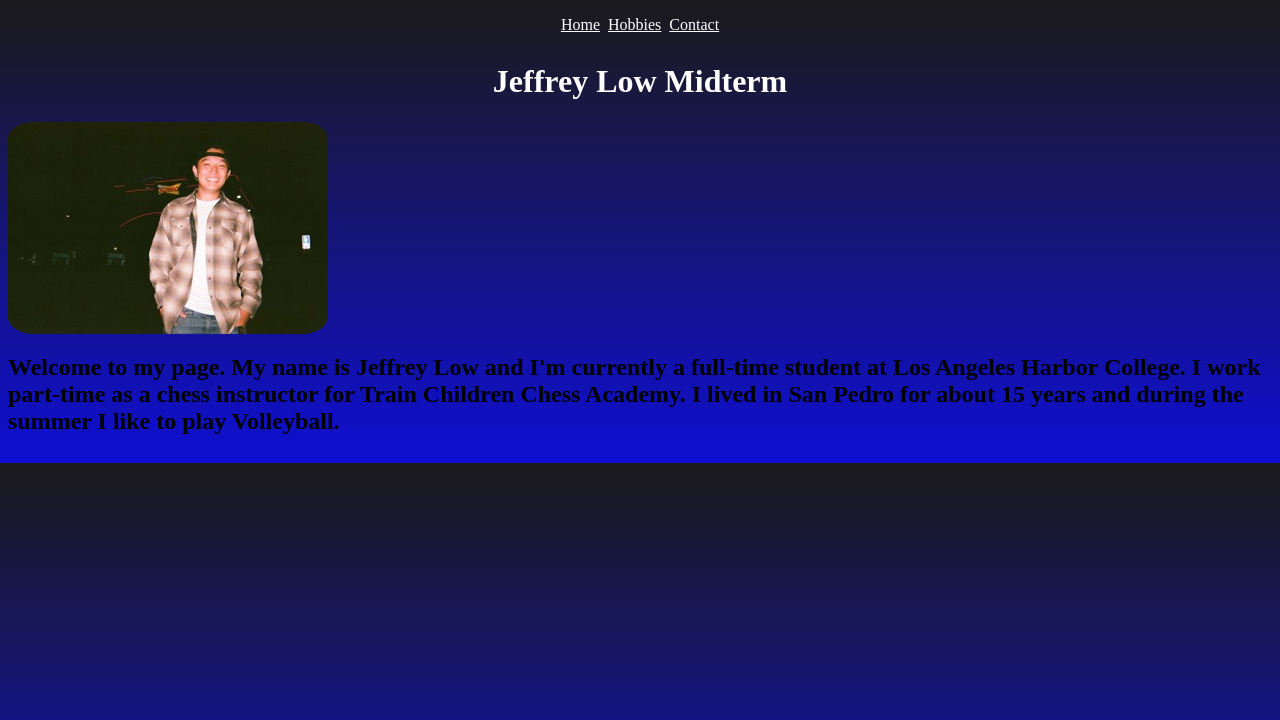
Repository: sebas6292/Jeff-Midterm
Page: home.html
An editor plug-in stored every save of this project. The page is shown before and after the next save, followed by the edit.
The browser window is 1280 px wide. The pictures show the whole page.

Above is the page before, as saved 2023-04-30 23:38:12.

### home.html
<!DOCTYPE html>
<html lang="en">
  <head>
    <title>Home</title>
    <meta charset="UTF-8" />
    <meta name="viewport" content="width=device-width" />
    <link rel="stylesheet" href="styles.css" />
  </head>
  <body>
    <nav>
      <a href="/home.html">Home</a>
      <a href="/hobby.html">Hobbies</a>
      <a href="/contact.html">Contact</a>
    </nav>
    <main>
      <h1>Jeffrey Low Midterm</h1>
      <section class="home-summary">
        <div>
        <img src="pics/Swag.jpeg">
        <h2>Welcome to my page. My name is Jeffrey Low and I'm currently a full-time student at Los Angeles Harbor College. I work part-time as a chess instructor for Train Children Chess Academy. I lived in San Pedro for about 15 years and during the summer I like to play Volleyball. </h2>
    </div>
      </section>
      <!-- <h1>Contact</h1>
      <section class="contact-info" >
        <div>
            <img src="pics/Swag.jpeg"/>
            <p>City: San Pedro, CA</p>
            <p>Email: Juniorl99@live.com</p>
            <p>Cell: (310) 920-7152</p>
            <p>Discord: Desh#1308</p>
        </div>
      </section> -->
    </main>
  </body>
</html>

### styles.css
body {
  background: linear-gradient(rgb(27, 26, 26), rgb(15, 15, 210));
}

nav {
  display: flex;
  flex-wrap: wrap;
  align-items: center;
  justify-content: center;
  padding: 0.5rem;
  gap: 0.5rem;
}
nav, a, h1, p{
  color: white
}

.title {
  display: flex;
  justify-content: center;
}

/* .home-summary {
  display: flex;
  justify-content: center;
} */

/* hobbies */
.container {
  display: flex;
  flex-wrap: wrap;
  justify-content: center ;
}
.box-container {
  padding: 1rem;
}
.img-hobbies {
  border-radius: 10%;
}

h1, .contact-info, img, .home-summary {
  display: flex;
  justify-content: center;
  border-radius: 8%;
}

After the next save:
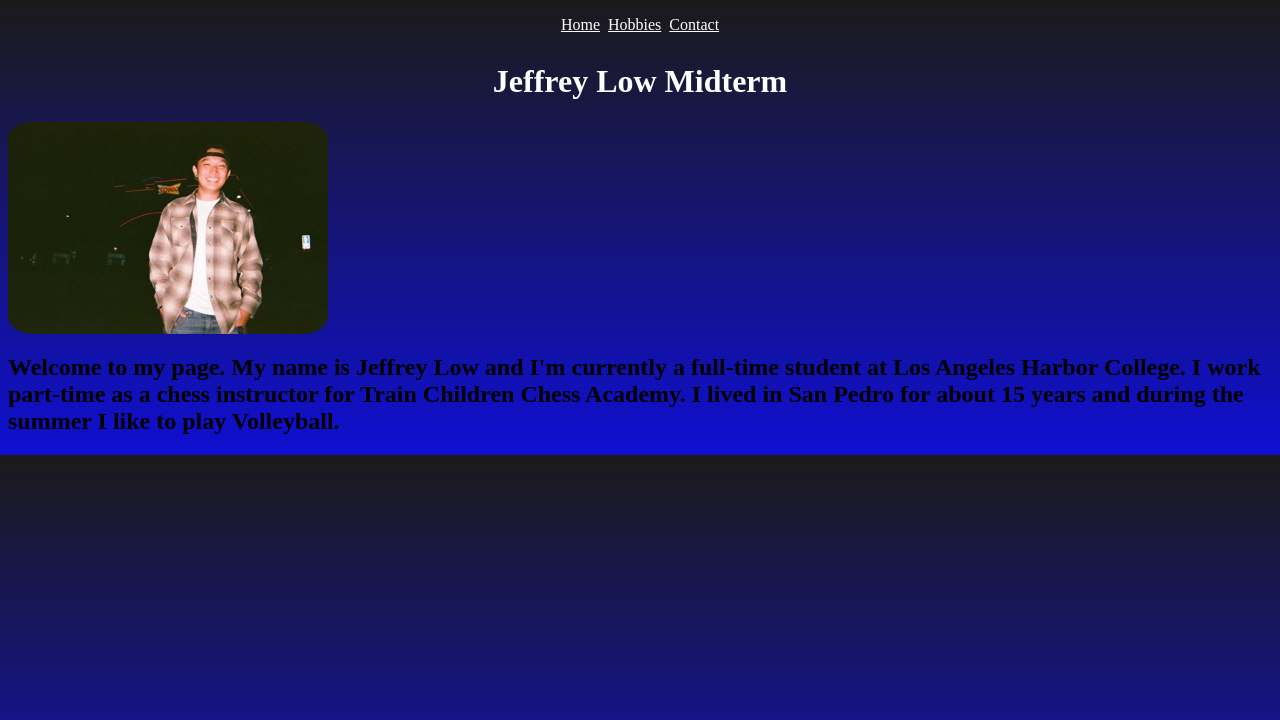
Saved 49 s later.
--- a/styles.css
+++ b/styles.css
@@ -37,7 +37,7 @@ nav, a, h1, p{
   border-radius: 10%;
 }
 
-h1, .contact-info, img, .home-summary {
+h1, .contact-info, img {
   display: flex;
   justify-content: center;
   border-radius: 8%;
